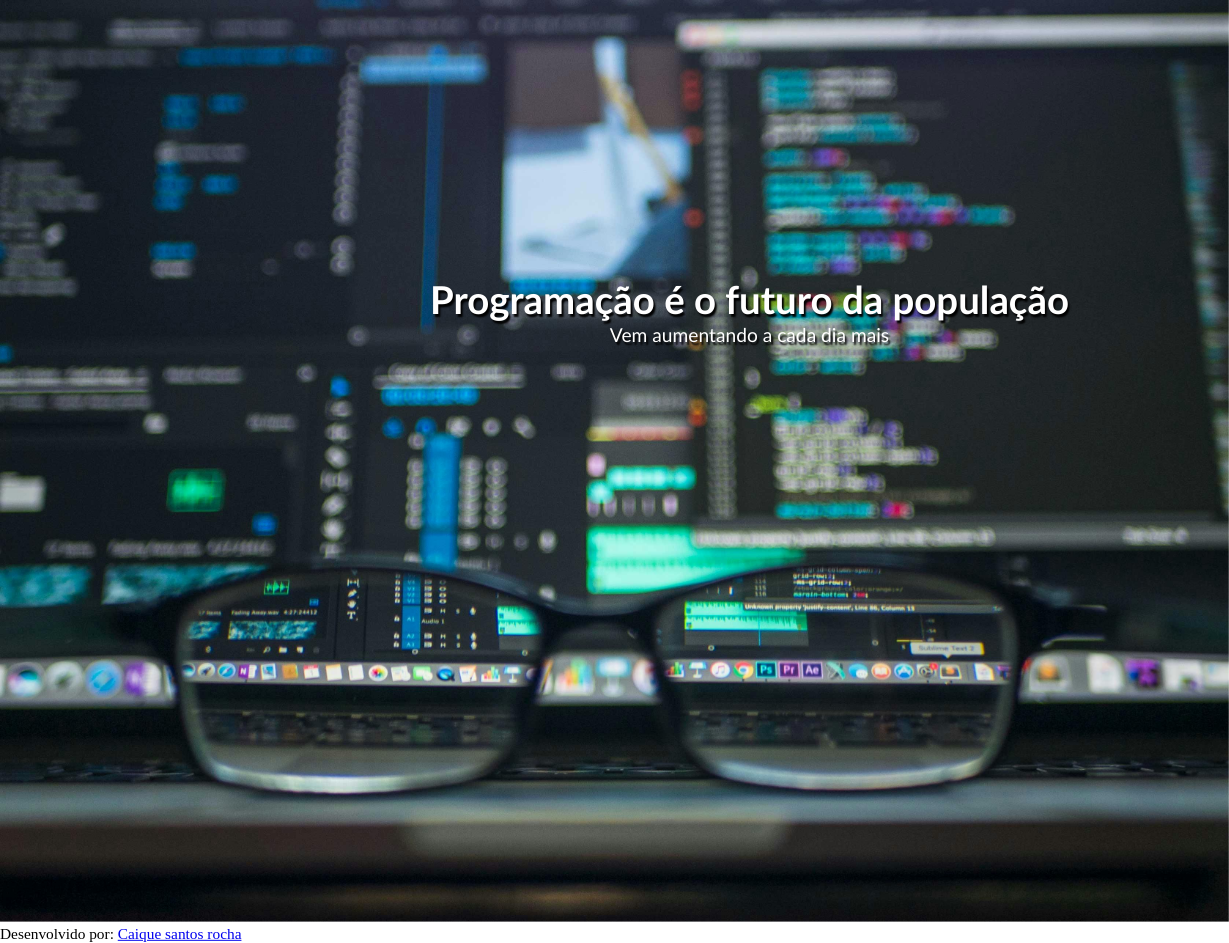
Repository: Caiquedev123/Sites
Page: index.html
An editor plug-in stored every save of this project. The page is shown before and after a run of saves, followed by the edit.
The browser window is 1280 px wide. The pictures show the whole page, at 96% of full size.

Above is the page before, as saved 2024-07-22 17:17:22.

After the next 3 saves:
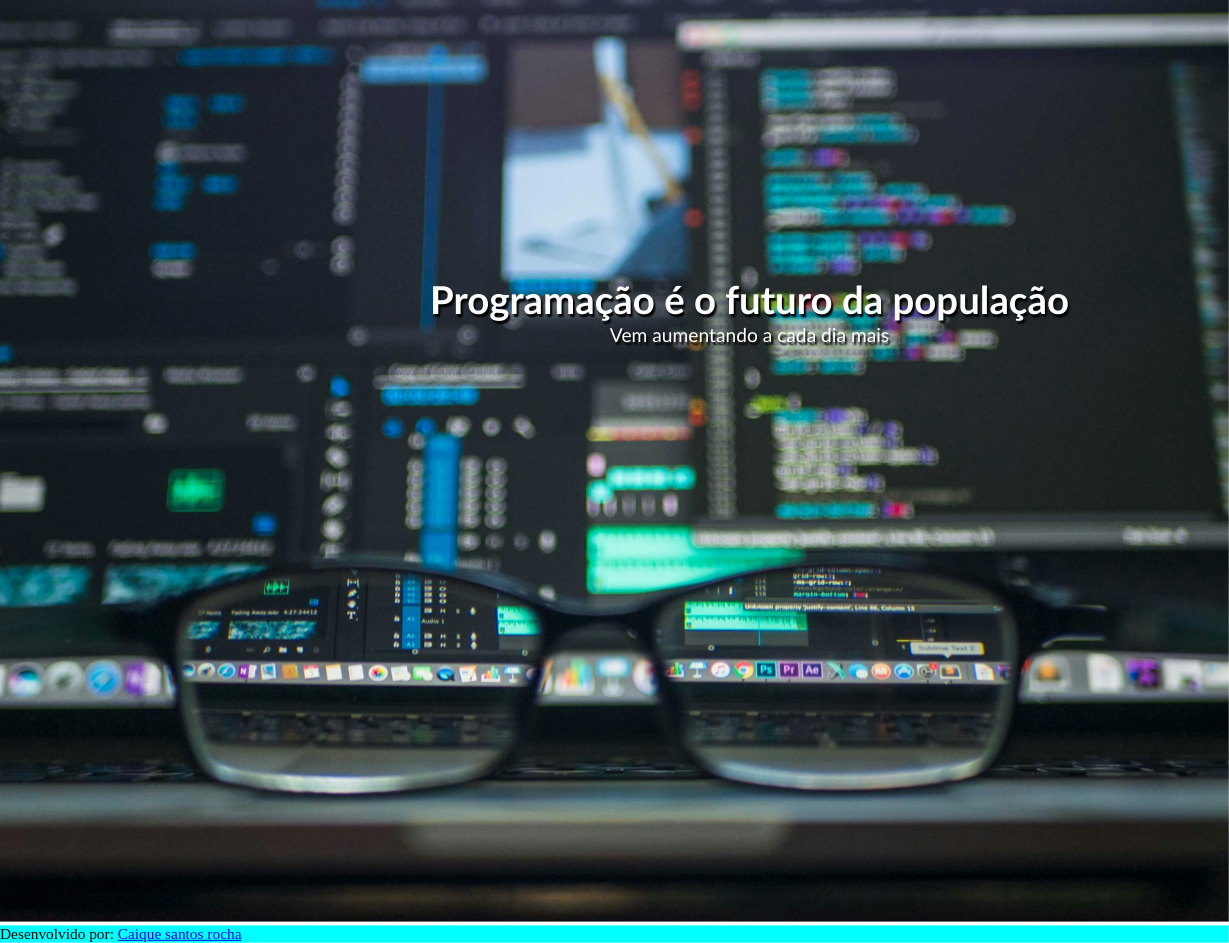
The 3 saves are shown as one change because they came seconds apart.
The last was saved 9 s later.
--- a/style.css
+++ b/style.css
@@ -19,5 +19,5 @@
 }
 
 footer{
-    background-color:
+    background-color: aqua;
 }
